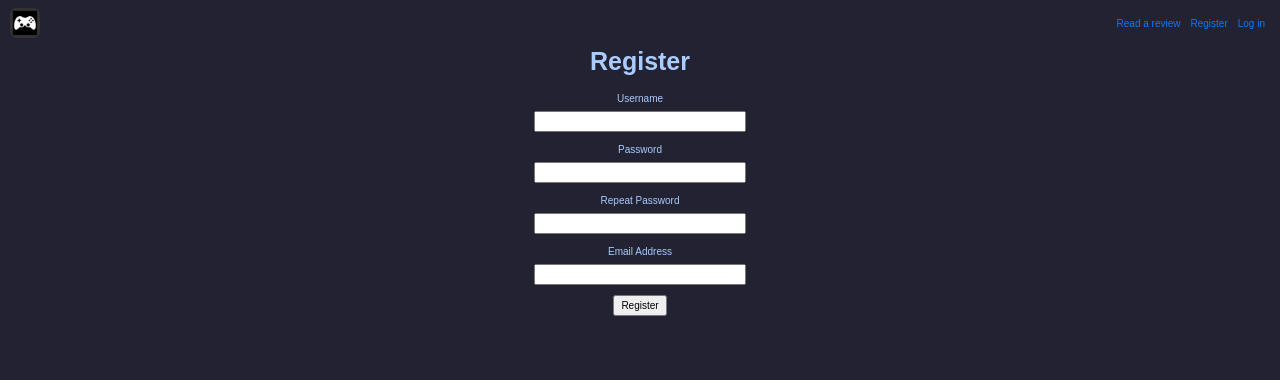
Repository: amit238/milestone-project-3
Page: http://localhost/register
The author's editor kept a record of every edit. The page is drawn from the files as they stood at one moment, then again after the next edit.
The browser window is 1280 px wide. The pictures show the whole page.
Some web libraries are served in a nearby version. The page is served by the project's application, run on Flask 3 (app.py).

Above is the page before.

### templates/register.html
{% extends "base.html" %}
{% block nav_register %}active{% endblock %}
{% block content %}
    <h1 class="color-center"><strong>Register</strong></h1>
    {% with messages = get_flashed_messages() %}
        {% if messages %}
            <ul>
                {% for message in messages %}
                    <li class="alert-warning">{{ message }}</li>
                {% endfor %}
            </ul>
        {% endif %}
    {% endwith %}
    <form action="" method="post">
        {{ form.csrf_token }}
        <p class="color-center padding-top">
            {{ form.username.label }}<br>
            {{ form.username(size=32) }}<br
            {% for error in form.username.errors %}
                <span style="color: red;">{{ error }}</span>
            {% endfor %}
        </p>
        <p class="color-center">
            {{ form.password.label }}<br>
            {{ form.password(size=32) }}<br>
            {% for error in form.password.errors %}
                <span style="color: red;">{{ error }}</span>
            {% endfor %}
        </p>
        <p class="color-center">
            {{ form.password2.label }}<br>
            {{ form.password2(size=32) }}<br>
            {% for error in form.password2.errors %}
                <span style="color: red;">{{ error }}</span>
            {% endfor %}
        </p>
        <p class="color-center">
            {{ form.email.label }}<br>
            {{ form.email(size=32) }}<br>
            {% for error in form.email.errors %}
                <span style="color: red;">{{ error }}</span>
            {% endfor %}
        </p>
        <p class="color-center">{{ form.submit() }}</p>
    </form>
{% endblock %}

### templates/base.html
<!DOCTYPE html>
<html lang="en">

<head>
  <meta charset="UTF-8">
  <meta name="viewport" content="width=device-width, initial-scale=1.0">
  <meta http-equiv="X-UA-Compatible" content="ie=edge"> {% if title %}
  <title>GameScan - {{ title }} </title>
  {% else %}
  <title>Welcome to GameScan!</title>
  {% endif %}
  <link rel="stylesheet" href="https://maxcdn.bootstrapcdn.com/bootstrap/4.2.1/css/bootstrap.min.css" type="text/css" />
  <link rel="stylesheet" href="https://use.fontawesome.com/releases/v5.0.10/css/all.css" integrity="sha384-+d0P83n9kaQMCwj8F4RJB66tzIwOKmrdb46+porD/OvrJ+37WqIM7UoBtwHO6Nlg" crossorigin="anonymous">
  <link rel="stylesheet" href="{{url_for('static', filename='css/style.css')}}" type="text/css" />
  <link rel="shortcut icon" type="image/ico" href="{{ url_for('static', filename='img/favicon.ico') }}" />
</head>

<body>
  <header>
    <nav class="navbar navbar-expand-lg navbar-custom bg-custom ">
      <a class="navbar-brand" href="{{ url_for('index') }}">
       <img src="{{ url_for('static', filename='img/favicon.ico') }}" width="30" height="30" alt="">
  </a>
      <button class="navbar-toggler" type="button" data-toggle="collapse" data-target="#navbarNavAltMarkup" aria-controls="navbarNavAltMarkup" aria-expanded="false" aria-label="Toggle navigation">
    <span class="navbar-toggler-icon"></span>
  </button>
      <div class="collapse navbar-collapse" id="navbarNavAltMarkup">
        <div class="navbar-nav ml-auto">
          {% if session['logged_in'] == True %}
          <a class="nav-item nav-link" href="{{ url_for('reviews') }}">Read a review</a>
          <a class="nav-item nav-link" href="{{ url_for('addreview') }}">Write a review</a>
          <a class="nav-item nav-link" href="{{ url_for('logout') }}">Sign Out</a>
          {% else %}
          <a class="nav-item nav-link" href="{{ url_for('reviews') }}">Read a review</a>
          <a class="nav-item nav-link" href="{{ url_for('register') }}">Register</a>
          <a class="nav-item nav-link" href="{{ url_for('login') }}">Log in</a>
          {% endif %}
        </div>
      </div>
    </nav>
    {% block content %} {% endblock %}
  </header>
  <script src="https://code.jquery.com/jquery-3.5.1.js" integrity="sha256-QWo7LDvxbWT2tbbQ97B53yJnYU3WhH/C8ycbRAkjPDc=" crossorigin="anonymous"></script>
  <script src="https://cdnjs.cloudflare.com/ajax/libs/popper.js/1.14.6/umd/popper.min.js" integrity="sha384-wHAiFfRlMFy6i5SRaxvfOCifBUQy1xHdJ/yoi7FRNXMRBu5WHdZYu1hA6ZOblgut" crossorigin="anonymous"></script>
  <script src="https://stackpath.bootstrapcdn.com/bootstrap/4.2.1/js/bootstrap.min.js" integrity="sha384-B0UglyR+jN6CkvvICOB2joaf5I4l3gm9GU6Hc1og6Ls7i6U/mkkaduKaBhlAXv9k" crossorigin="anonymous"></script>
</body>

</html>

### app.py
import os
if os.path.exists("env.py"):
  import env
from flask import Flask, render_template, redirect, request, url_for, flash, session
from forms import LoginForm, RegisterForm, ReviewGameForm
from flask_pymongo import PyMongo
from bson.objectid import ObjectId
import bcrypt

app = Flask(__name__)
app.config["MONGO_DBNAME"] = 'game_scan'
app.config["MONGO_URI"] = os.environ.get('MONGO_URI')

mongo = PyMongo(app)

SECRET_KEY = os.urandom(32)
app.config['SECRET_KEY'] = SECRET_KEY



@app.route('/reviews')
def reviews():
    return render_template('reviews.html', title="Read a review!", game_reviews=mongo.db.game_reviews.find())







@app.route('/')
def index():
    return render_template('index.html', title="Home")






# Adding Log in

@app.route('/login', methods=['GET', 'POST'])
def login():
    """Login handler"""
    if session.get('logged_in'):
        if session['logged_in'] is True:
            return redirect(url_for('index', title="Log In"))

    form = LoginForm()

    if form.validate_on_submit():
        # get all users
        users = mongo.db.users
        # try and get one with same name as entered
        db_user = users.find_one({'name': request.form['username']})

        if db_user:
            # check password using hashing
            if bcrypt.hashpw(request.form['password'].encode('utf-8'),
                             db_user['password']) == db_user['password']:
                session['username'] = request.form['username']
                session['logged_in'] = True
                # successful redirect to home logged in
                return redirect(url_for('index', title="Sign In", form=form))
            # must have failed set flash message
            flash('Invalid username/password combination')
    return render_template("login.html", title="Sign In", form=form)





@app.route('/logout')
def logout():
    """Clears session and redirects to home"""
    session.clear()
    return redirect(url_for('index'))





# Adding in Register form

@app.route('/register', methods=['GET', 'POST'])
def register():
    """Handles registration functionality"""
    form = RegisterForm(request.form)
    if form.validate_on_submit():
        # get all the users
        users = mongo.db.users
        # see if we already have the entered username
        existing_user = users.find_one({'name': request.form['username']})

        if existing_user is None:
            # hash the entered password
            hash_pass = bcrypt.hashpw(request.form['password'].encode('utf-8'), bcrypt.gensalt())
            # insert the user to DB
            users.insert_one({'name': request.form['username'],
                          'password': hash_pass,
                          'email': request.form['email']})
            session['username'] = request.form['username']
            return redirect(url_for('index'))
        # duplcate username set flash message and reload page
        flash('Sorry, that username is already taken - use another')
        return redirect(url_for('register'))
    return render_template('register.html', title='Register', form=form)





# Adding a review

@app.route('/addreview', methods=['GET', 'POST'])
def addreview():

   # If user is not logged in a message will appear

    if 'logged_in' not in session:
        flash('To add a review you need to sign in', 'warning')
        return redirect(url_for('login'))

   # If form submits successfully

    form = ReviewGameForm(request.form)
    if request.method == 'POST':
        game_reviews=mongo.db.game_reviews
        print('inside')
        print('rating:' + request.form['rating'])
        # import pdb; pdb.set_trace()
        # add form content to db as a new record
        game_reviews.insert_one({
            'user_created': session['username'],
            'name': request.form['name'],
            'genre': request.form['genre'],
            'rating': request.form['rating'],
            'description': request.form['description'],
            })

        flash('Your Review has been added ', 'success')

        # send to my reviews template on successful add
        return redirect(url_for('reviews'))

    return render_template('addreview.html', form=form,
                           title='Add a Review')





# Editing a review

@app.route('/editreview/<id>', methods=['GET', 'POST'])
def editreview(id):

    # Users can edit a review if logged in

    if 'logged_in' not in session:
        # if a user trys to go to edit review without been logged in

        flash('You will need to log in to edit a review', 'warning')
        return redirect(url_for('login'))  # sending to log in

    one_review = mongo.db.game_reviews.find_one({'_id': ObjectId(id)})
    # retrieving record from db

    # if a user trys to go to edit review that they don't own
    if one_review['user_created'] != session['user_created']:
        flash('You do  not own this review and cannot edit it. ',
              'warning')
        return redirect(url_for('login'))  # sending to log in

    form = ReviewGameForm(data=one_review)

    if form.validate_on_submit():  # if form submits successfully
        game_reviews = mongo.db.game_reviews


        # add form content to db as a new record
        game_reviews.update_one({'_id': ObjectId(id)}, {'$set': {
            'name': request.form['name'],
            'genre': request.form['genre'],
            'rating': request.form['rating'],
            'description': request.form['description'],
            }})

        flash('Your review has been updated!', 'success')

        # send to my review template on successful addupdate
        return redirect(url_for('reviews', id=id))

    return render_template('editreview.html', form=form,
                           title='Edit a  Review')


# Delete a review

# If user is logged in and wants to delete a review

@app.route('/delete/<id>', methods=['GET', 'POST'])
def deletereview(id):

    if 'logged_in' not in session:

        flash('You need to log in to delete a review', 'warning')
        return redirect(url_for('login'))  # sending to log in

    # retrieving record from db

    # if a user trys to go to edit review that they don't own
    one_review = mongo.db.reviews.find_one({'_id': ObjectId(id)})

    # retrieving record from db

    # if a user trys to go to edit review that they don't own
    if one_review['username'] != session['username']:
        flash('You do not own this review and cannot delete it.' +
              ' A user can only edit or delete their own reviews',
              'warning')

        return redirect(url_for('index'))  # sending to log in

    flash("You have successfully deleted your review.",
          'warning')
    mongo.db.reviews.delete_one({'_id': ObjectId(id)})
    return redirect(url_for('index'))


if __name__ == '__main__':
    app.run(host=os.environ.get('IP'),
            port=int(os.environ.get('PORT')),
            debug=True)

### forms.py
from flask_wtf import FlaskForm
from wtforms import StringField, PasswordField, BooleanField, SubmitField, TextAreaField, SelectField
from wtforms.validators import DataRequired, Length, EqualTo, Email


class LoginForm(FlaskForm):
    username = StringField('Username', validators=[DataRequired()])
    password = PasswordField('Password', validators=[DataRequired()])
    remember_me = BooleanField('Remember Me')
    submit = SubmitField('Sign In')


class RegisterForm(FlaskForm):
    username = StringField('Username', validators=[DataRequired(),
                                                   Length(min=4, max=20)])
    password = PasswordField('Password',
                             validators=[DataRequired(),
                                         EqualTo('password2', message='Passwords must match')])
    password2 = PasswordField('Repeat Password')
    email = StringField('Email Address', validators=[Length(min=6, max=35), Email()])
    remember_me = BooleanField('Remember Me')
    submit = SubmitField('Register')


class ReviewGameForm(FlaskForm):

    user_created = StringField('User Created', validators=[DataRequired(), Length(min=1, max=100)])

    name = StringField('Name', validators=[DataRequired(),Length(min=1, max=150)])

    genre = SelectField(u'Genre', choices=[
        ('action/adventure', 'Action/Adventure'),
        ('sports', 'Sports'),
        ('shooters', 'Shooters'),
        ('role-playing', 'Role-Playing'),
        ('racing', 'Racing'),
        ])

    rating = SelectField(u'Rating', choices=[
        ('1', '1'),
        ('2', '2'),
        ('3', '3'),
        ('4', '4'),
        ('5', '5'),
        ('6', '6'),
        ('7', '7'),
        ('8', '8'),
        ('9', '9'),
        ('10', '10'),
        ])

    description = TextAreaField('Description', validators=[DataRequired(), Length(min=2, max=1500)])

    submit_add = SubmitField('Add Review')
    submit_edit = SubmitField('Update Review')

### static/css/style.css
html {
  font-size: 10px;
}

body {
  padding: 0;
  margin: 0;
  background-color: #222233;
  font-family: 'Poppins', sans-serif;
  ;
}

/*----Navbar----*/

/*----Homepage----*/

.padding-text-align {
  padding-top: 5em;
  text-align: center;
}

.homepage-card {
  font-size: large;
  background-color: rgba(34, 34, 51, 0.5);
  border-radius: 2em;
  border-width: thick;
  animation: fade-cards-in 2s ease-out;
  margin-bottom: 5px;
  color: #AACCFF
}

@keyframes fade-cards-in {
  0% {
    opacity: .5;
    transform: translateY(30px);
  }
  80% {
    transform: translateY(3px);
  }
  100% {
    opacity: 1;
    transform: translate(0);
  }
}

.background {
  background-image: url('../img/night.jpg');
  background-color: #222233;
  background-size: cover;
  background-repeat: no-repeat;
  height: 100vh;
}

.homepage {
  padding-top: 15em;
  text-align: center;
}

/*----Add Review----*/
/*-some css also in reviews.html to stop repeating-*/

.form-bg {
  background-color: #222233;
  margin-top: 2em;
}

.form-text {
  color: #AACCFF;
  font-size: 1.4rem;
  border-width: thick;
}

.form-btn {
  text-align: center;
  background-color: #222233;
}
.center-header {
  text-align: center;
}

/*----Reviews----*/

.center {
  text-align: center;
  border-width: thick;
}

.description {
  margin-top: 1em;
  font-weight: 800;
  text-align: left;
}


/*----Register----*/
/*-some css also in login.html to stop repeating-*/

.color-center {
  color: #AACCFF;
  text-align: center;
}

.padding-top {
  padding-top: 1em;
}


.border-box {
  border-radius: 1rem;
}

After the next edit:
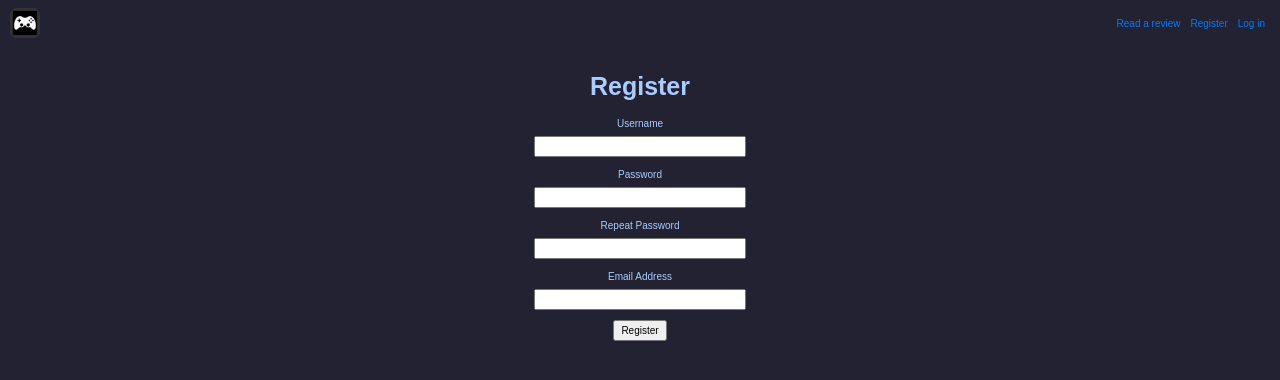
The edit:
--- a/templates/register.html
+++ b/templates/register.html
@@ -1,7 +1,7 @@
 {% extends "base.html" %}
 {% block nav_register %}active{% endblock %}
 {% block content %}
-    <h1 class="color-center"><strong>Register</strong></h1>
+    <h1 class="color-center padding-top"><strong>Register</strong></h1>
     {% with messages = get_flashed_messages() %}
         {% if messages %}
             <ul>
